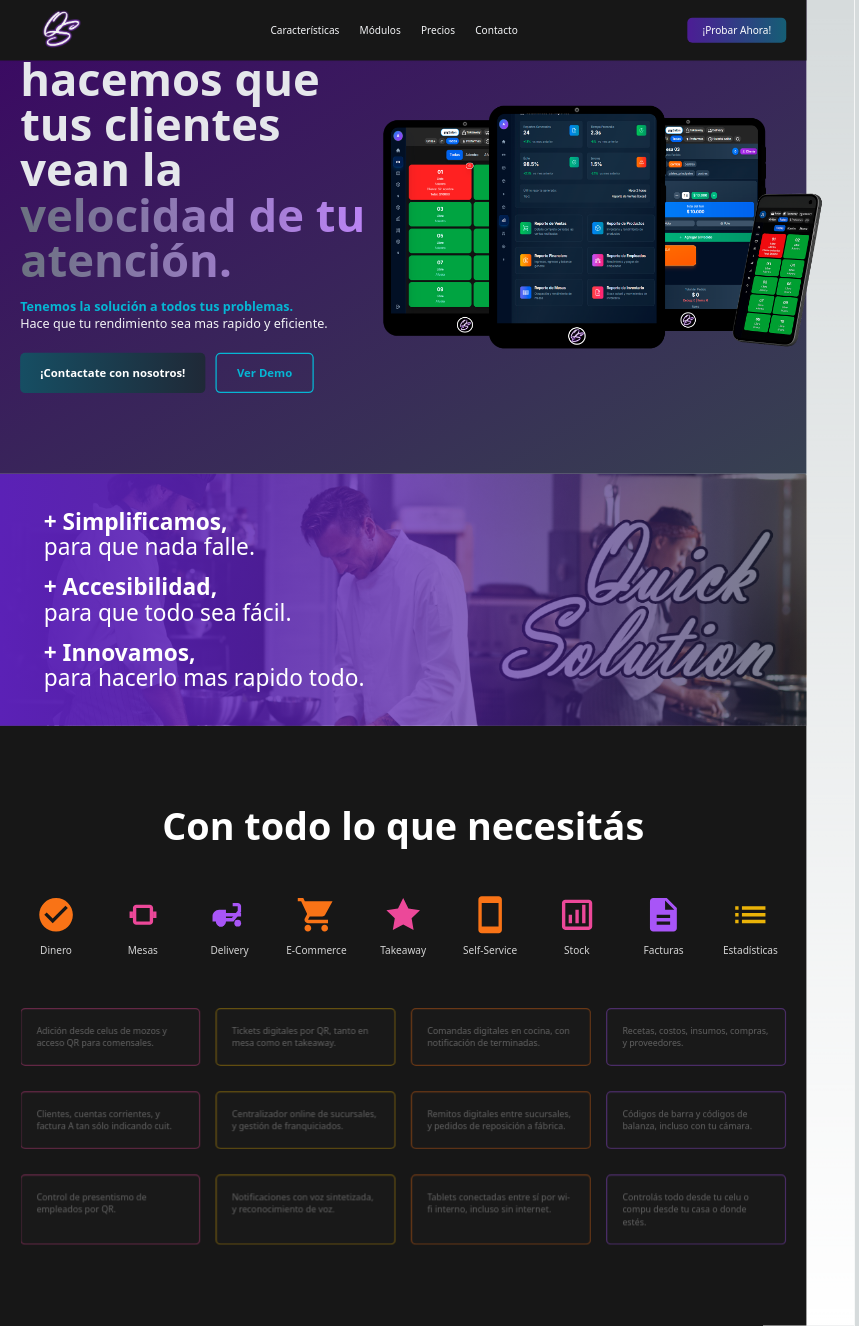
Repository: francoluca35/cmrestaurantes
Page: /
The author's editor kept a copy of each file at every save. The page is drawn from the files as they stood at one save, then again after the next save.
The browser window is 1280 px wide. The page is 1356 px wide, then 1364 px, so the pictures cover 1364 px, including what lies to the right of the window. The pictures show the whole page, at 63% of full size.
The project was rebuilt for these pictures with package versions that can differ from the ones it lists, and the page was loaded fresh each time. The framework's server and built-in components were replaced by stand-ins that run in the browser. Also part of the build but not shown: next.config.mjs.

Above is the page before, as saved 2025-08-24 01:43:12.

After the next save:
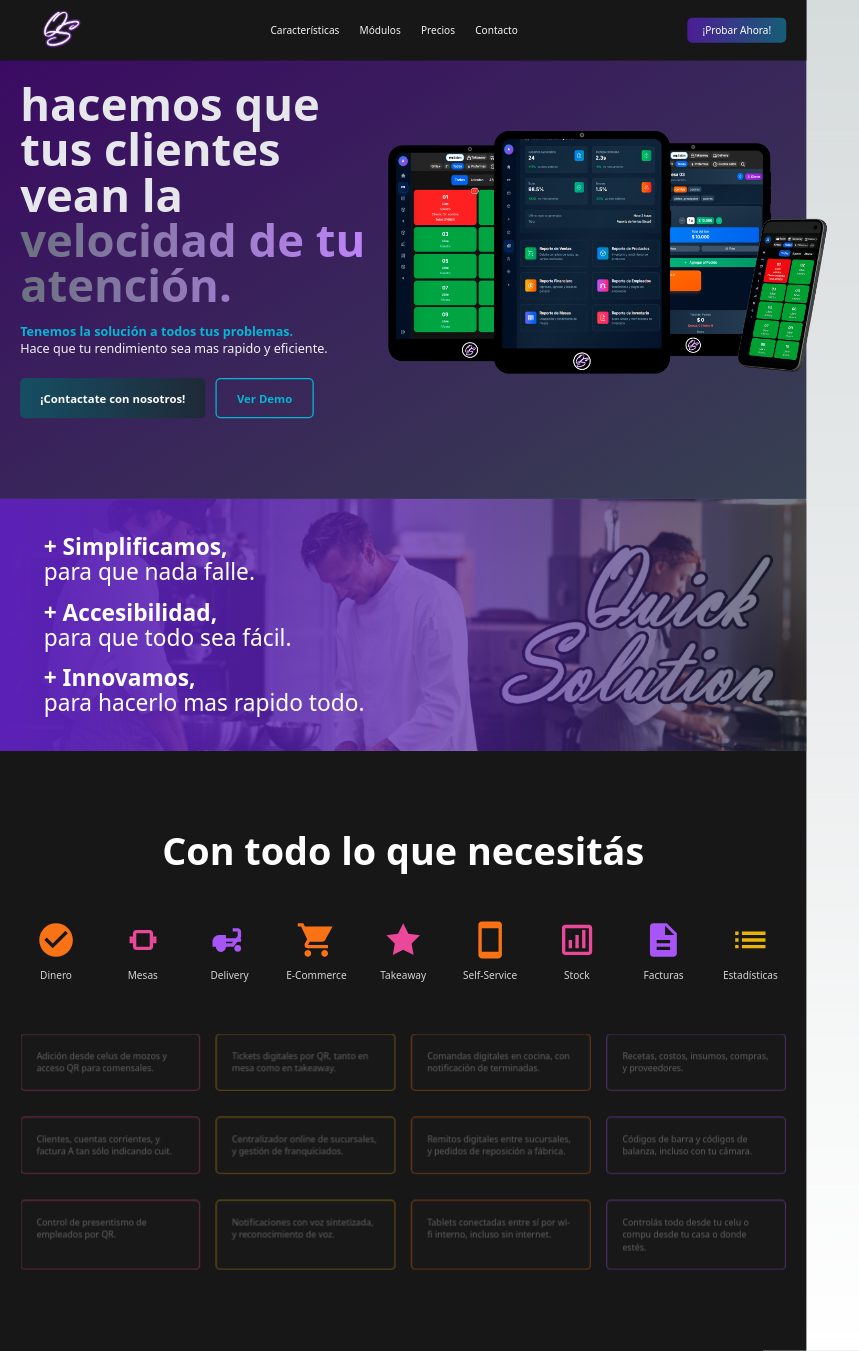
Saved 7 s later.
--- a/src/components/home/Hero.js
+++ b/src/components/home/Hero.js
@@ -5,7 +5,7 @@
     <section className="relative py-16 sm:py-20 md:py-24 lg:py-28 xl:py-32 px-4 sm:px-6 lg:px-8 bg-gradient-to-br from-purple-950 to-gray-700 z-10">
       <div className="max-w-7xl mx-auto">
         {/* Layout responsive */}
-        <div className="flex -mt-10 flex-col xl:grid xl:grid-cols-2 gap-12 items-center">
+        <div className="flex flex-col xl:grid xl:grid-cols-2 gap-8 sm:gap-12 lg:gap-16 xl:gap-20 items-center">
 
           {/* Imagen arriba en mobile/tablet, derecha en desktop */}
           <div className="order-1 xl:order-2 flex justify-center items-center w-full">
